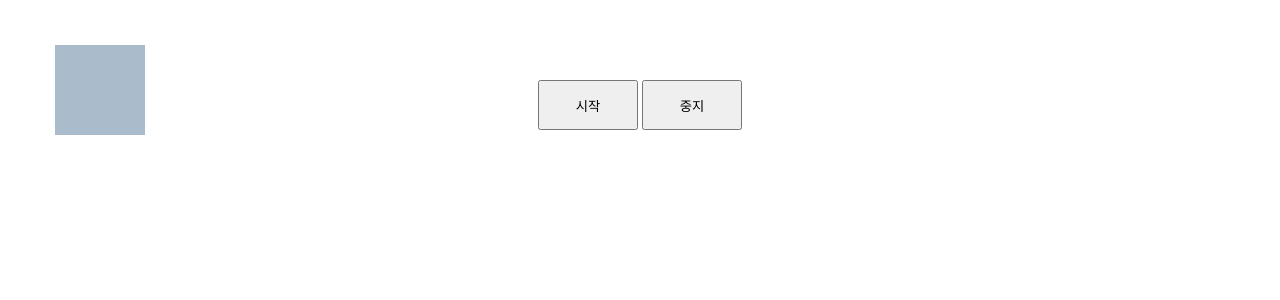
Repository: IreneCho/sk
Page: jqueryTest/WebContent/20160816/animation.html
The author's editor kept a copy of each file at every save. The page is drawn from the files as they stood at one save, then again after the next save.
The browser window is 1280 px wide. The pictures show the whole page.
Some web libraries are served in a nearby version.

Above is the page before, as saved 2016-08-16 08:03:45.

### jqueryTest/WebContent/20160816/animation.html
<!DOCTYPE html>
<html>
<head>
  <style>

 .container{
			width : 80%;
			height : 80%;
			margin : 0 auto;
			text-align: center;
 	}

 	#imgBox{
			margin:20px;
			padding:20px;
		}

		#imgBox img{
			width:400px;
			height:400px;
		}

	.block {
	  position:absolute;
	  background-color:#abc;
	  left:50px;
	  width:90px;
	  height:90px;
	  margin:5px;
	  text-align: center;
	}

	button{
		width: 100px;
		height: 50px;
	}
</style>
<script src="http://code.jquery.com/jquery-3.1.0.js" integrity="sha256-slogkvB1K3VOkzAI8QITxV3VzpOnkeNVsKvtkYLMjfk=" crossorigin="anonymous"></script>
<script>

nCnt = 0

function fn(){
   my = setInterval( wan, 1000 )
}

function wan(){

   if( nCnt >= 1){

      $(".block").animate({"left": "-=1000px"}, "noraml");
      nCnt++
   }
   else if(nCnt == 10){
      nCnt = 0
   }

  $(".block").animate({"left": "+=1000px"}, "normal");

   nCnt++
}

function fn1(){
   clearInterval(my)
}

</script>
</head>
<body>

<div class="container">
	<div id="imgBox">
	<div class="block"></div>
	</div>
	<div id="btnBox">
	<button onclick="fn()">시작</button>
	<button onclick="fn1()">중지</button>
	</div>
</div>

</body>
</html>

After the next save:
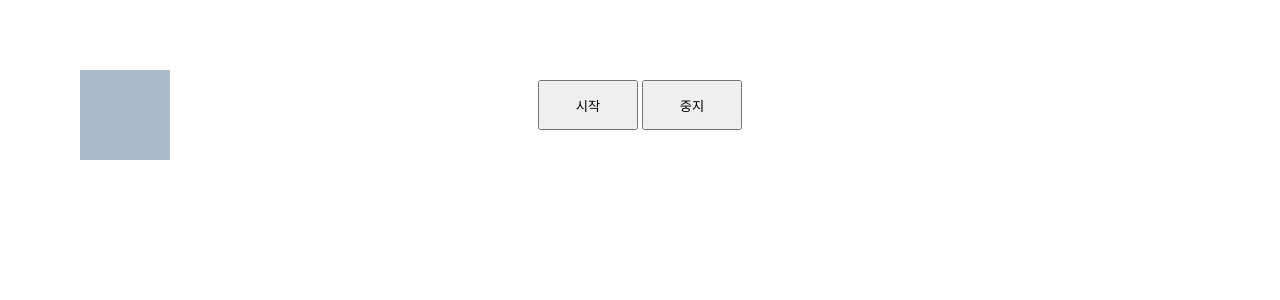
Saved 20 s later.
--- a/jqueryTest/WebContent/20160816/animation.html
+++ b/jqueryTest/WebContent/20160816/animation.html
@@ -26,8 +26,8 @@
 	  left:50px;
 	  width:90px;
 	  height:90px;
-	  margin:5px;
-	  text-align: center;
+	  margin:30px;
+
 	}
 
 	button{
